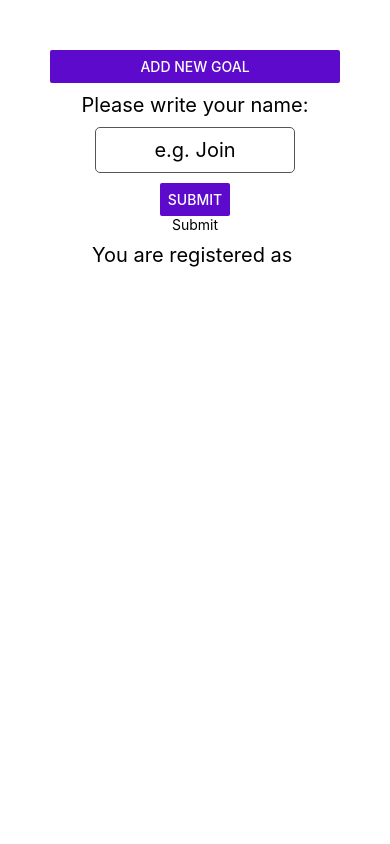
Repository: ntu34543/React-Native-Example1
Screen: /
These files come from the project's save history. The screen is drawn as it stood at one moment and after the next save; the edit follows.
The app was drawn by React Native's web renderer in a window 390 px wide. The project was rebuilt for these pictures with package versions that can differ from the ones it lists, and the page was loaded fresh each time. Also part of the build but not shown: components/Goalltem.js.

Above is the screen before, as saved 2022-09-12 16:06:11.

After the next save:
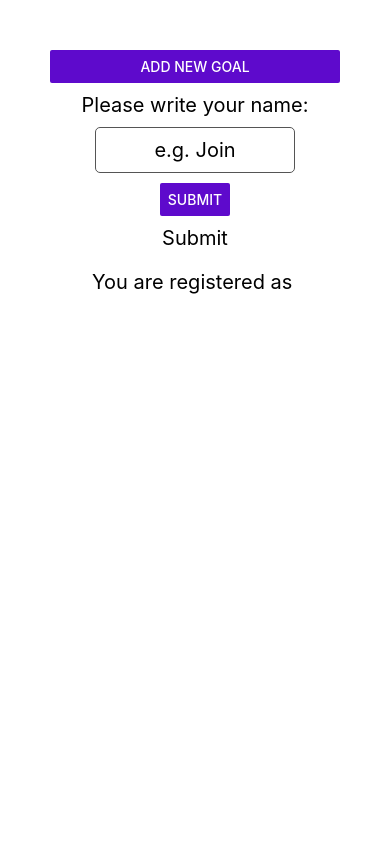
Saved 15 s later.
--- a/App.js
+++ b/App.js
@@ -77,7 +77,7 @@ export default function App() {
             // }}
           />
           <TouchableOpacity>
-            <Text>{submitted? "Clear" : "Submit"}</Text>
+            <Text style={styles.text}>{submitted? "Clear" : "Submit"}</Text>
           </TouchableOpacity>
           {/* {submitted ? <Text>You are registered as {name}</Text> : null} */}
           <Text style={styles.text}>You are registered as {name}</Text>
